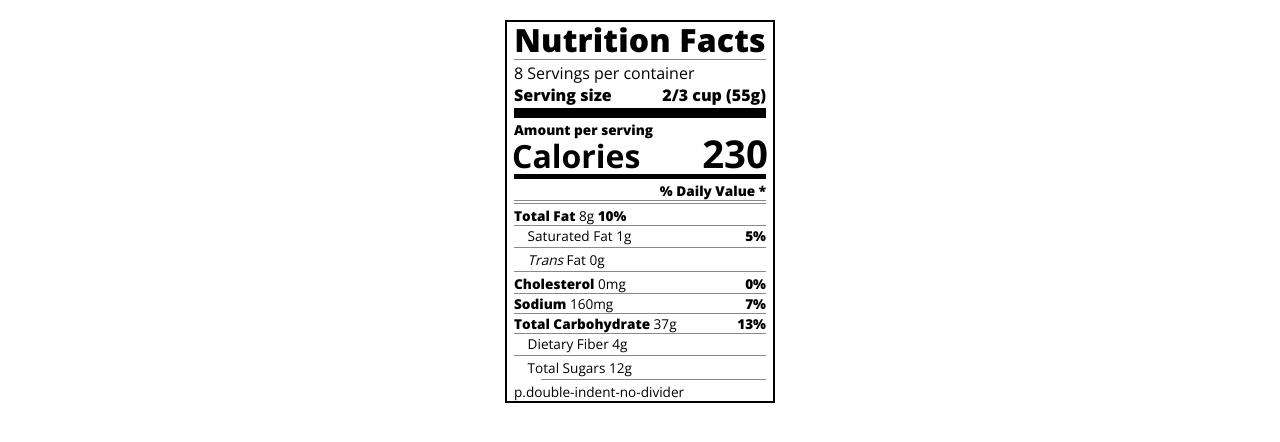
Repository: Lungdjos/typography
Page: index.html
An editor plug-in stored every save of this project. The page is shown before and after the next save, followed by the edit.
The browser window is 1280 px wide. The pictures show the whole page.

Above is the page before, as saved 2023-10-28 02:37:51.

After the next save:
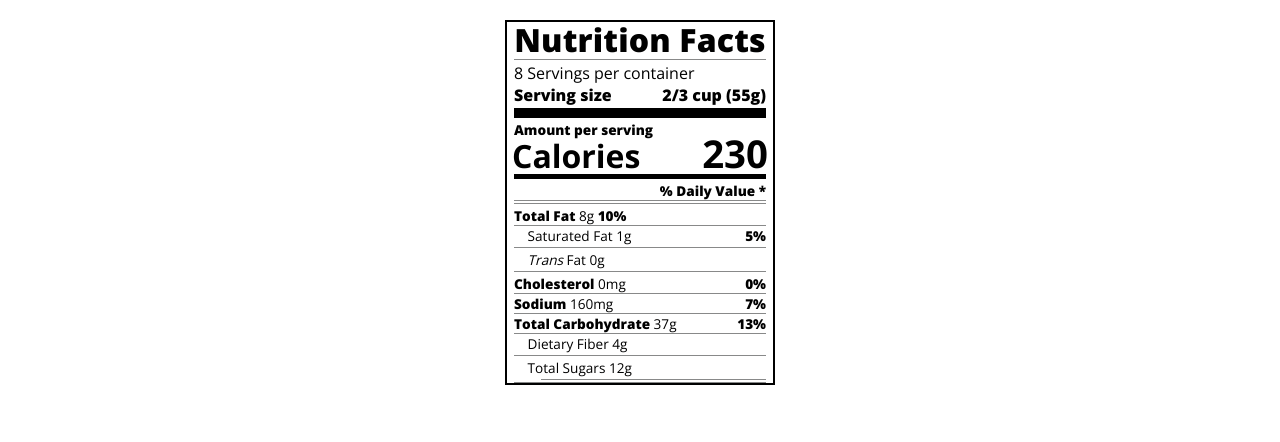
Saved 6 s later.
--- a/index.html
+++ b/index.html
@@ -42,7 +42,8 @@
             <div class="divider"></div>
             <p class="indent no-divider">Total Sugars 12g</p>
             <div class="divider double-indent"></div>
-            p.double-indent-no-divider </div>
+            <p class="double-indent-no-divider"></p>
+        </div>
     </div>
 
 </body>
